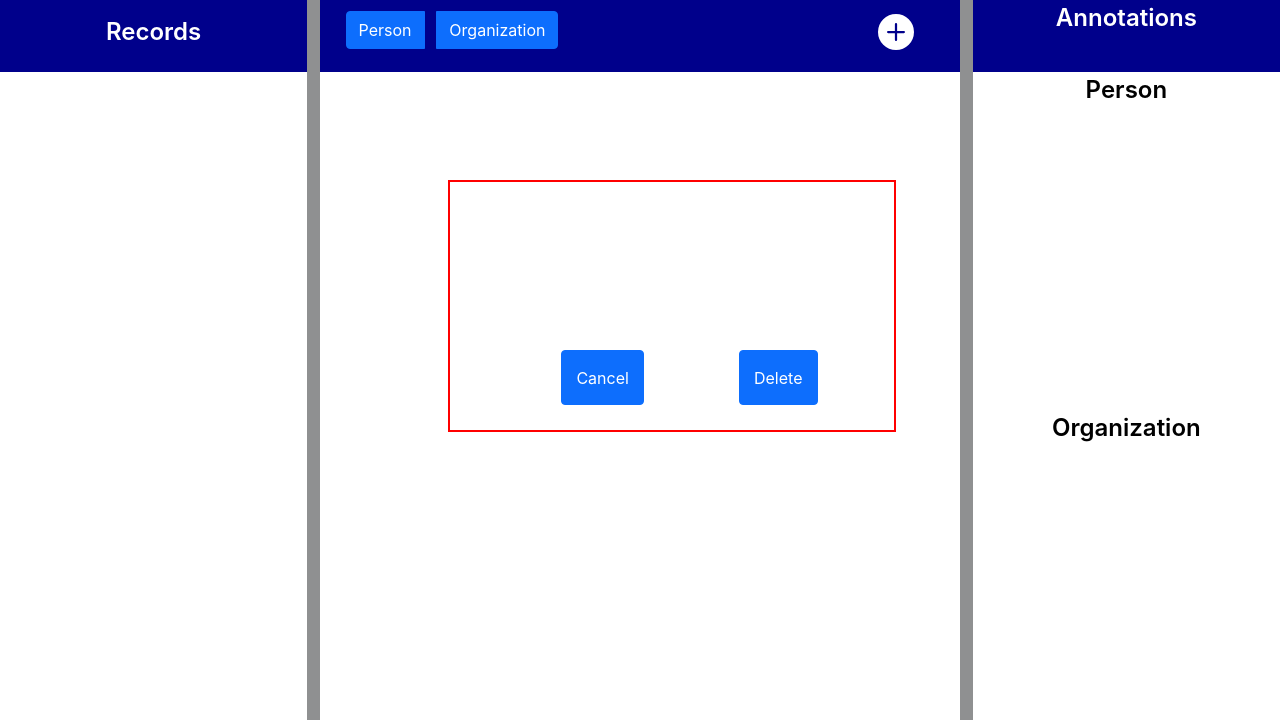
Repository: napan24/classforma_assignment
Page: / (app in client/)
An editor plug-in stored every save of this project. The page is shown before and after the next save, followed by the edit.
The browser window is 1280 px wide. The pictures show the whole page.
The project was rebuilt for these pictures with package versions that can differ from the ones it lists, and the page was loaded fresh each time. Also part of the build but not shown: client/src/App.css.

Above is the page before, as saved 2022-07-20 16:43:01.

After the next save:
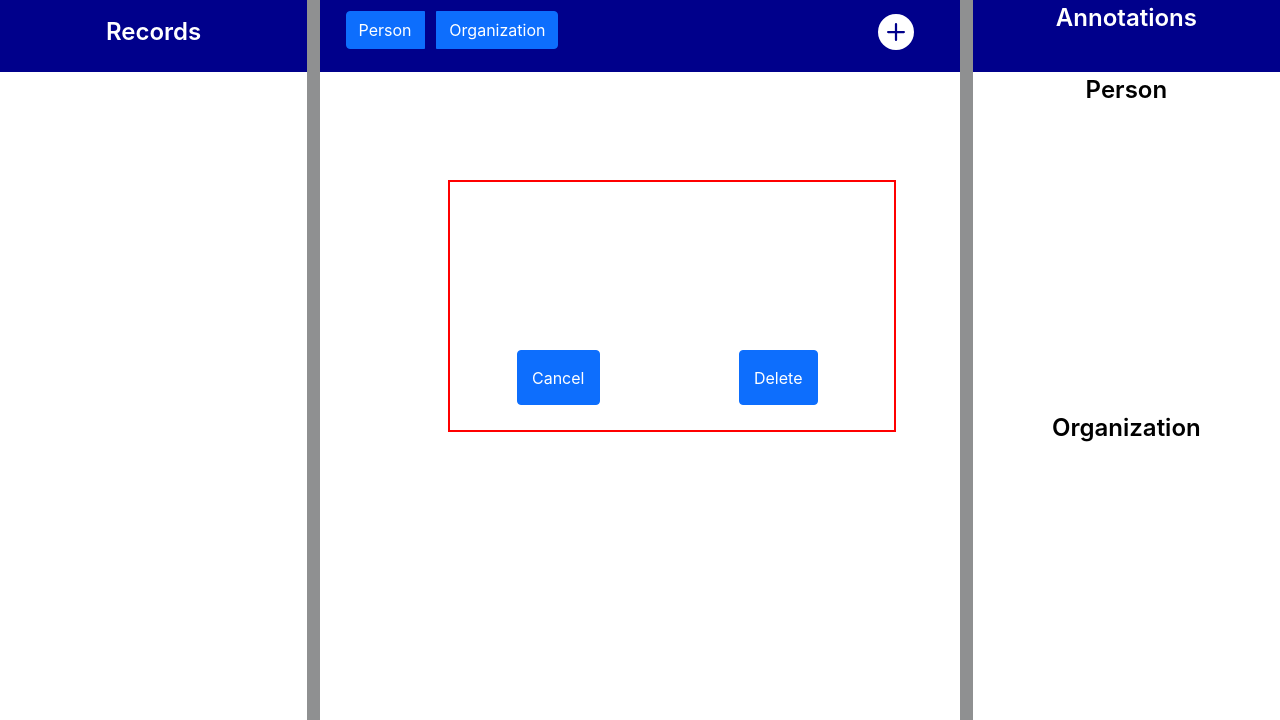
Saved 13 s later.
--- a/client/src/Home.js
+++ b/client/src/Home.js
@@ -57,7 +57,7 @@ const Home = () => {
     return (
         <>
             <div style={{ height: "35vh", width: "35vw", backgroundColor: "white", position: "absolute", zIndex: '2', left: "35%", top: "25%", border: "2px solid red" }}>
-                <button type="button" class="btn btn-primary" style={{ marginRight: "1vw",position:"absolute",bottom:"10%",left:"25%",padding:"2vh" }}>Cancel</button>
+                <button type="button" class="btn btn-primary" style={{ marginRight: "1vw",position:"absolute",bottom:"10%",left:"15%",padding:"2vh" }}>Cancel</button>
                 <button style={{ marginRight: "1vw",position:"absolute",bottom:"10%",left:"65%",padding:"2vh" }} type="button" class="btn btn-primary">Delete</button>
             </div>
             <div style={{ display: 'flex', width: "100vw", height: "100vh", backgroundColor: "#8f9091", overflow: "hidden" }}>
